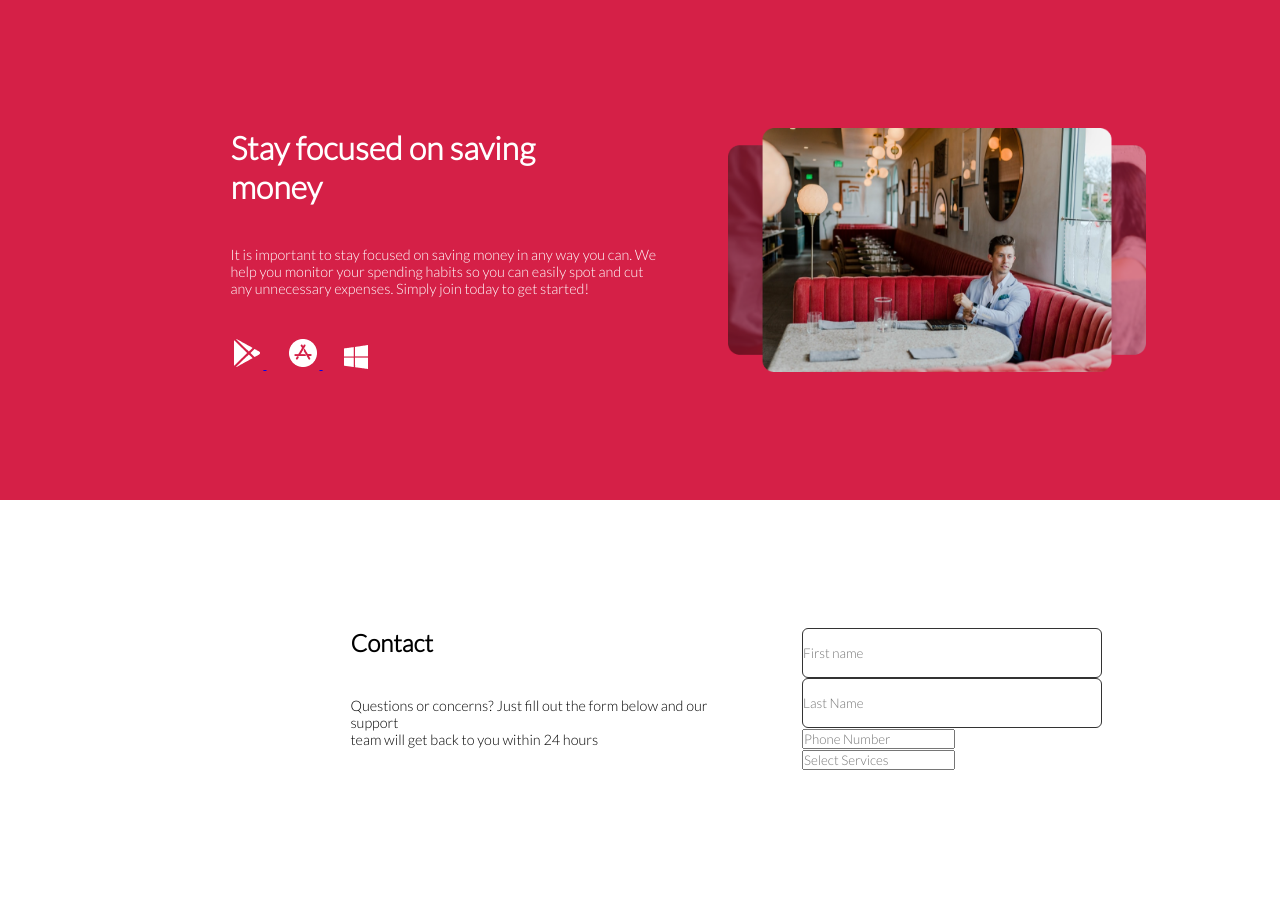
Repository: batonAnton/Cursor_lecture4
Page: index.html
These files come from the project's save history. The page is drawn as it stood at one moment and after the next save; the edit follows.
The browser window is 1280 px wide. The pictures show the whole page.

Above is the page before, as saved 2022-06-08 15:15:51.

### index.html
<!DOCTYPE html>
<html lang="en">
<head>
    <meta charset="UTF-8">
    <meta http-equiv="X-UA-Compatible" content="IE=edge">
    <meta name="viewport" content="width=device-width, initial-scale=1.0">
    <title>CloudBudget Freebie</title>
    <link rel="preconnect" href="https://fonts.googleapis.com">
    <link rel="preconnect" href="https://fonts.gstatic.com" crossorigin>
    <link href="https://fonts.googleapis.com/css2?family=Lato:wght@300&display=swap" rel="stylesheet">
    <link rel="stylesheet" href="css/style.css">
</head>
<body>
    <header>
        <div class="info-box">
            <h1>Stay focused on saving <br> money</h1>
            <p>It is important to stay focused on saving money in any way you can. We <br> help you monitor your spending habits so you can easily spot and cut <br> any unnecessary expenses. Simply join today to get started!</p>

            <div class="link_source">
                <a href="https://play.google.com/store/games?hl=uk&gl=US">
                    <img src="/image/icon/google_play.png" alt="icon-google">
                </a>
                <a href="https://www.apple.com/ua/app-store/">
                    <img src="/image/icon/apstore.png" alt="icon-apstore">
                </a>
                <a href="https://www.microsoft.com/uk-ua/software-download/windows10">
                    <img src="/image/icon/windows.png" alt="icon-windows">
                </a>
            </div>
        </div>

        <div class="big_img"></div>
    </header>

    <section>
        <div class="info-box">
            <h1>Contact</h1>
            <p>Questions or concerns? Just fill out the form below and our support <br> team will get back to you within 24 hours</p>
        </div>

        <div class="input-fields">
            <form>
                <input type="text" id="fname" placeholder="First name" name="fname">
                <input type="text" id="lname" placeholder="Last Name" name="lname"> <br>
                <input type="number" name="" id="" placeholder="Phone Number"> <br>
                <input list="browsers" placeholder="Select Services" name="service">
                <datalist id="browsers">
                    <option value="Service1">
                    <option value="Service2">
                    <option value="Service3">
                    <option value="Service4">
                    <option value="Service5">
                </datalist>
              </form>
        </div>
    </section>
</body>
</html>

### css/style.css
* {
  font-family: "Lato", sans-serif;
  margin: 0;
  padding: 0;
  box-sizing: border-box;
}

header {
  width: 100%;
  height: 20%;
  padding: 10%;
  color: #ffffff;
  display: inline-flex;
  background-color: #d52047;
}

.info-box {
  width: 80%;
  margin-left: 10%;
}

.info-box p {
  width: 90%;
  margin: 40px 0;
  font-size: 0.9rem;
}

.link_source a {
  margin-left: -19px;
  padding: 0 20px;
}

.big_img {
  background-image: url("/image/Photo.png");
  width: 70%;
  /* height: 311px; */
  background-repeat: no-repeat;
  background-position: center;
  background-size: contain;
}

/* Section */
section {
  color: #000000;
  display: inline-flex;
  padding: 10%;
}

section .info-box {
  margin-left: 22%;
  width: 80%;
}

#fname, #lname{
    width: 300px;
    height: 50px;
    border: 1px solid #333333;
    border-radius: 6px;
}

After the next save:
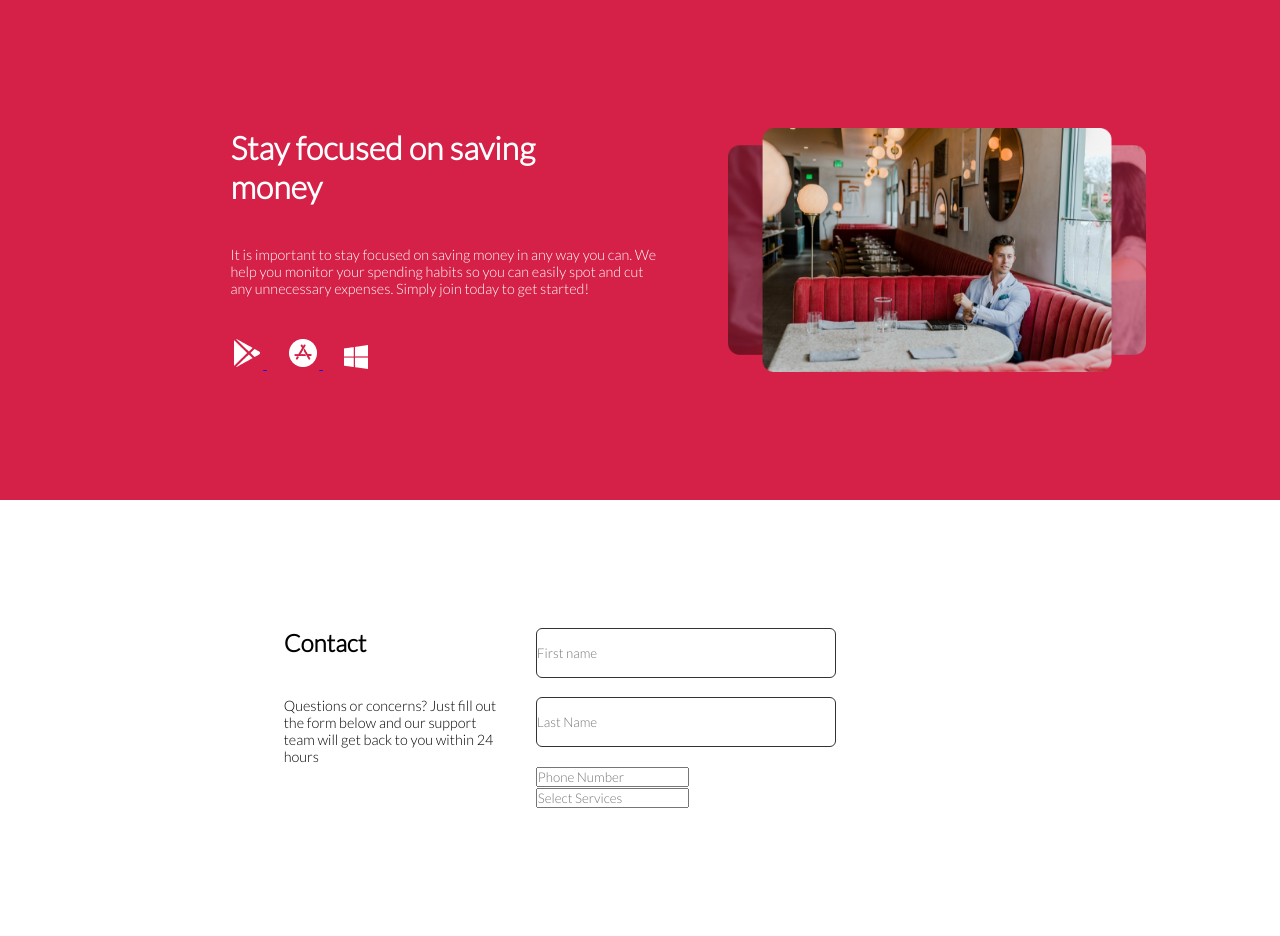
Saved 13 min 58 s later.
--- a/index.html
+++ b/index.html
@@ -40,8 +40,8 @@
 
         <div class="input-fields">
             <form>
-                <input type="text" id="fname" placeholder="First name" name="fname">
-                <input type="text" id="lname" placeholder="Last Name" name="lname"> <br>
+                <input type="text" id="fname" placeholder="First name" name="fname"> <br> <br>
+                <input type="text" id="lname" placeholder="Last Name" name="lname"> <br> <br>
                 <input type="number" name="" id="" placeholder="Phone Number"> <br>
                 <input list="browsers" placeholder="Select Services" name="service">
                 <datalist id="browsers">
